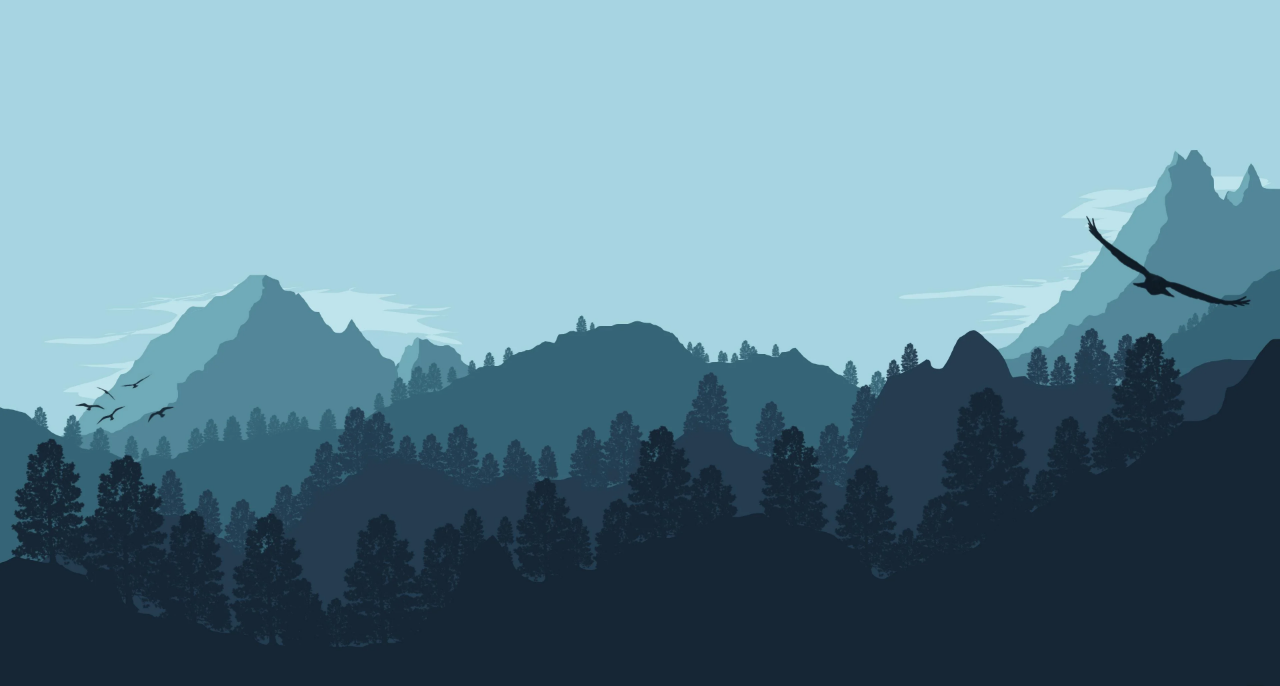
Repository: PixelPasta/Animal-Directory
Page: http://localhost/
These files come from the project's save history. The page is drawn as it stood at one moment and after the next save; the edit follows.
The browser window is 1280 px wide. The pictures show the whole page.
The page is served by the project's Node server (index.js).

Above is the page before, as saved 2022-04-16 20:36:03.

After the next save:
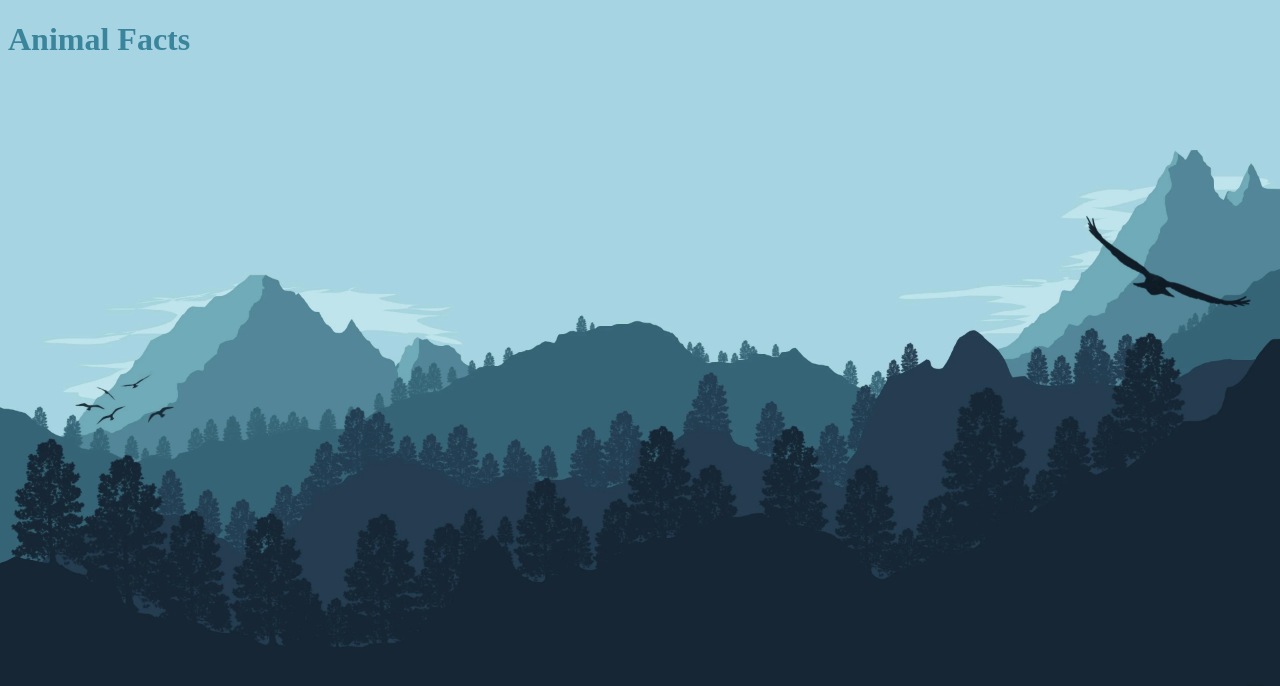
Saved 6 min 19 s later.
--- a/views/index.ejs
+++ b/views/index.ejs
@@ -13,6 +13,6 @@
     </style>
 </head>
 <body>
-
+    <h1 style="font-family: fantasy; color: rgb(58, 133, 156);text-align: left;">Animal Facts</h1>
 </body>
 </html>
